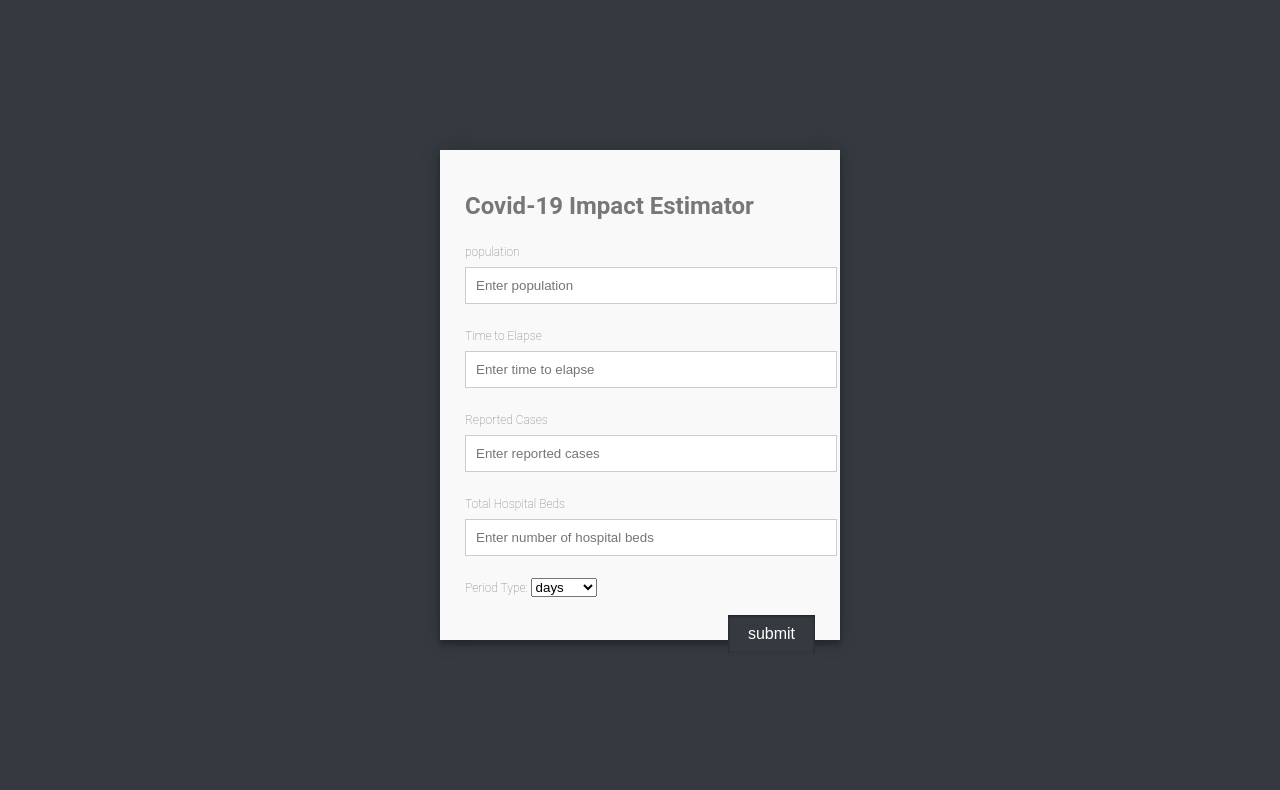
Repository: AbonyiXavier/FrontendUI--challenge-4
Page: index.html
The author's editor kept a copy of each file at every save. The page is drawn from the files as they stood at one save, then again after the next save.
The browser window is 1280 px wide. The pictures show the whole page.

Above is the page before, as saved 2020-04-11 19:57:36.

After the next save:
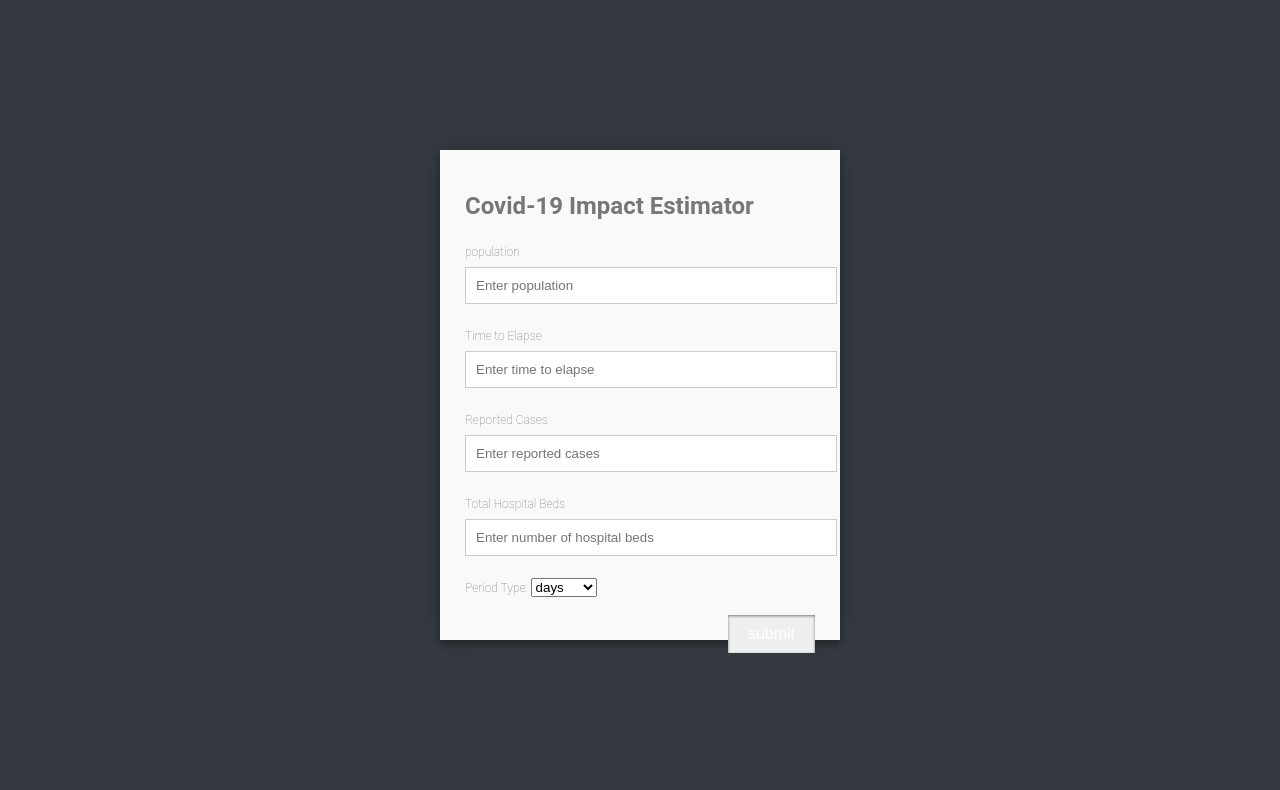
Saved 31 s later.
--- a/CSS/style.css
+++ b/CSS/style.css
@@ -48,7 +48,7 @@
 
 button {
     float: right;
-    background-color: #343a40;
+    /* background-color: #343a40; */
     border: none;
     color: white;
     padding: 10px 20px;

After the save that followed:
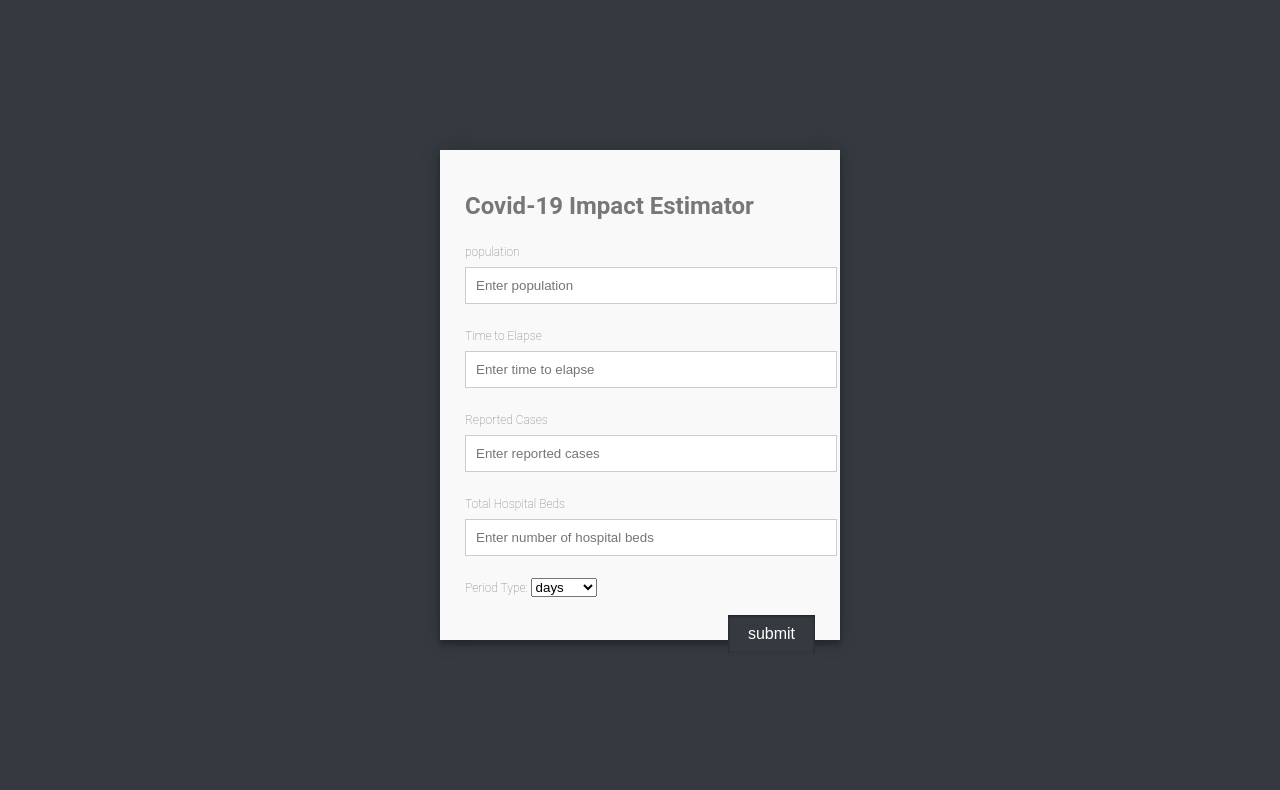
Saved 5 s later.
--- a/CSS/style.css
+++ b/CSS/style.css
@@ -48,7 +48,7 @@
 
 button {
     float: right;
-    /* background-color: #343a40; */
+    background-color: #343a40;
     border: none;
     color: white;
     padding: 10px 20px;
